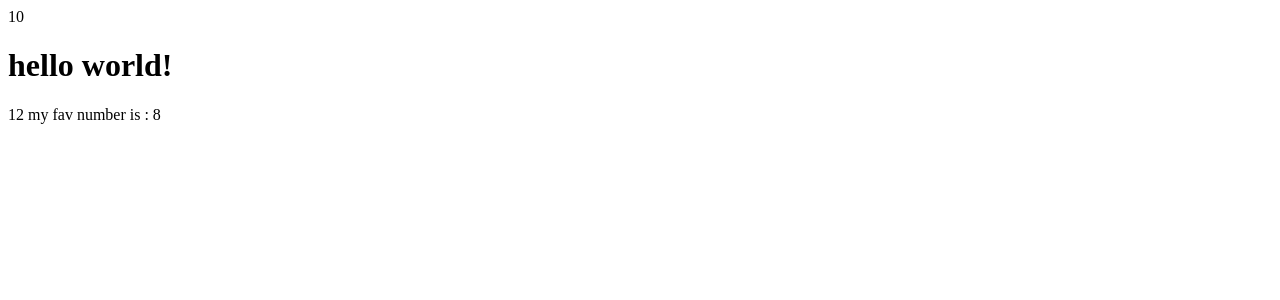
Repository: HetAxelor2021/Servlet
Page: http://localhost/DemoApp/src/main/WebContent/home.jsp
An editor plug-in stored every save of this project. The page is shown before and after a run of saves, followed by the edit.
The browser window is 1280 px wide. The pictures show the whole page.
The page is served by Tomcat 9. Nobody is signed in. The application's start-up code is not run. Other server files are loaded and not shown.

Above is the page before, as saved 2021-09-20 10:12:15.

### project2/DemoApp/src/main/WebContent/home.jsp
<%@ page language="java" contentType="text/html; charset=UTF-8"
    pageEncoding="UTF-8"%>

<%@ page import = "java.util.ArrayList" %>
<%@ include file="header.jsp" %>
<!DOCTYPE html>
<html>
<head>
<meta charset="UTF-8">
<title>Insert title here</title>
</head>
<body>

	<%
		pageContext.setAttribute("name", "hetul", PageContext.SESSION_SCOPE);

	%>


	<%!
		int coef = 8;
	%>
	<h1> hello world! </h1>

	<%
		int i=9;
		out.println(7+5);
	%>
	my fav number is : <%= coef %>

</body>
</html>

### project2/DemoApp/src/main/WebContent/header.jsp
<%@ page language="java" contentType="text/html; charset=UTF-8"
    pageEncoding="UTF-8"%>
<!DOCTYPE html>
<html>
<head>
<meta charset="UTF-8">
<title>Insert title here</title>
</head>
<body>
	<%= 7+3 %>
</body>
</html>

After the next 2 saves:
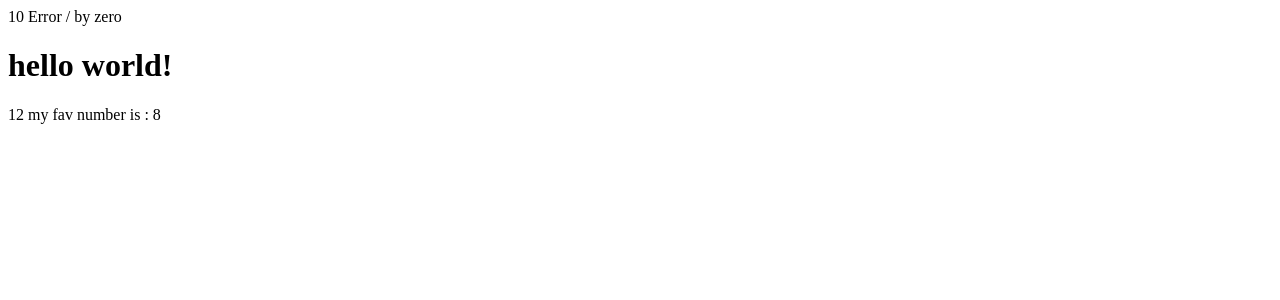
The 2 saves are shown as one change because 1 did not build or start.
The last was saved 12 min 18 s later.
--- a/project2/DemoApp/src/main/WebContent/home.jsp
+++ b/project2/DemoApp/src/main/WebContent/home.jsp
@@ -10,6 +10,16 @@
 <title>Insert title here</title>
 </head>
 <body>
+
+	<%
+		try{
+		int k = 9/0;
+
+		}
+		catch(Exception e){
+			out.println("Error "+e.getMessage());
+		}
+	%>
 
 	<%
 		pageContext.setAttribute("name", "hetul", PageContext.SESSION_SCOPE);
